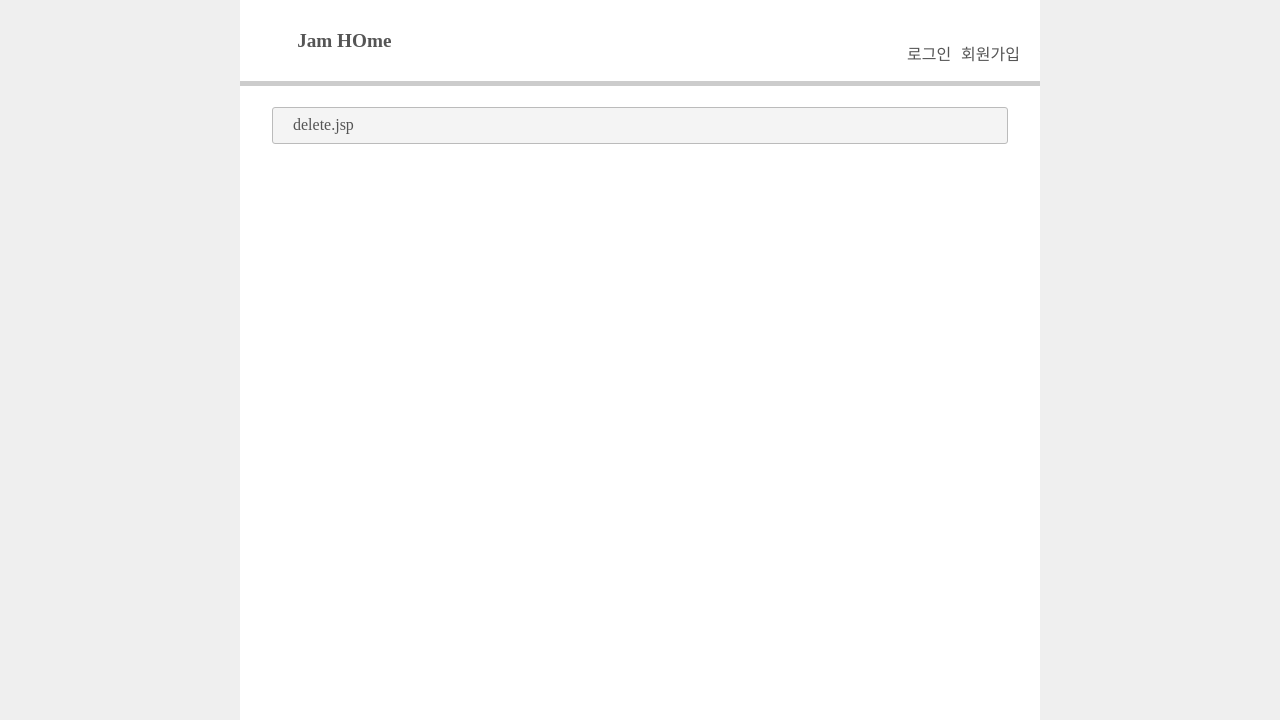
Repository: woals5636/JSPClass
Page: http://localhost/jspPro/days07/board/delete.jsp
An editor plug-in stored every save of this project. The page is shown before and after the next save, followed by the edit.
The browser window is 1280 px wide. The pictures show the whole page.
Some web fonts or font styles are not loaded; a fallback is used. The page is served by Tomcat 9. Other server files are loaded and not shown.

Above is the page before, as saved 2024-10-21 02:34:50.

### jspPro/src/main/webapp/days07/board/delete.jsp
<%@ page contentType="text/html; charset=UTF-8" pageEncoding="UTF-8"%>
<%@ taglib prefix="c" uri="http://java.sun.com/jsp/jstl/core"%>
<%
	String contextPath = request.getContextPath();
%>
<!DOCTYPE html>
<html>
<head>
<meta charset="UTF-8">
<title>Insert title here</title>
<link rel="shortcut icon" type="image/x-icon" href="http://localhost/jspPro/images/SiSt.ico">
<script src="https://ajax.googleapis.com/ajax/libs/jquery/3.7.1/jquery.min.js"></script>
<meta name="viewport" content="width=device-width, initial-scale=1.0">
<meta name="google" content="notranslate">
<link rel="stylesheet" href="http://localhost/jspPro/resources/cdn-main/example.css">
<script src="http://localhost/jspPro/resources/cdn-main/example.js"></script>
<style>
 span.material-symbols-outlined{
    vertical-align: text-bottom;
 }
</style>
</head>
<body>
<header>
  <h1 class="main"><a href="#" style="position: absolute;top:30px;">Jam HOme</a></h1>
  <ul>
    <li><a href="#">로그인</a></li>
    <li><a href="#">회원가입</a></li>
  </ul>
</header>
<div>
	<xmp class="code"> delete.jsp </xmp>

</div>
</body>
</html>

### jspPro/src/main/webapp/resources/cdn-main/example.css
@charset "UTF-8";

@import url('https://fonts.googleapis.com/css2?family=Material+Symbols+Outlined:opsz,wght,FILL,GRAD@20..48,100..700,0..1,-50..200');

@font-face {
    font-family: 'GmarketSansMedium';
    src: url('https://cdn.jsdelivr.net/gh/projectnoonnu/noonfonts_2001@1.1/GmarketSansMedium.woff') format('woff');
    font-weight: normal;
    font-style: normal;
}

:root {
	--text-color: #555;
	--sub-text-color: #777;
	--back-color: #EFEFEF;
	--header-color: #444;
	--primary-color: #DEDEDE;
	--secondary-color: #EFEFEF;
	--default-width: 800px;
	--narrow-width: 500px;
	--wide-width: 1200px;
	--text-font: 'GmarketSansMedium';
	--icon-font: 'Material Symbols Outlined';
	--border-color: #CCC;
}

html, body {
	margin: 0;
	padding: 0;
}

html {
	background-color: var(--back-color);
	display: flex;
	justify-content: center;
	min-height: 100vh;
}

body, body.default {
	width: var(--default-width);
	background-color: white;
	padding-bottom: 120px;
}

body.wide {
	width: var(--wide-width);
}

body.narrow {
	width: var(--narrow-width);
}



body, p, div, span, a, input, select, option, textarea, button, table, th, td, label, fieldset, legend {
	font-family: var(--text-font);
	color: var(--text-color);
}

h1, h2, h3 {
	font-family: var(--text-font);
	color: var(--header-color);
	padding: 0 1rem;
	padding-top: .5rem;
}

div > h1, div > h2, div > h3 {
	padding: 0;
}

body > div, body > main > div {
	padding: 0.3rem 1rem;
}


h1 { font-size: 2rem; border-bottom: 1px solid var(--border-color); }
h1 small { font-size: 1.2rem; color: var(--sub-text-color); }
h2 { font-size: 1.5rem; border-bottom: 1px dashed var(--border-color); }
h2 small { font-size: 1.1rem; color: --sub-text-color; }
h3 { font-size: 1.2rem; }
h3 small { font-size: 1rem; color: --sub-text-color; }



h1.main::before {
	font-family: var(--icon-font);
  	content: '\e666';
  	margin-right: 10px;
  	float: left;
	font-size: 2.5rem;
}

h1.sub::before {
	font-family: var(--icon-font);
  	content: '\ea19';
  	margin-right: 10px;
  	float: left;
	font-size: 2.5rem;
}


h1.page::before {
	font-family: var(--icon-font);
  	content: '\e0e0';
  	margin-right: 10px;
  	float: left;
	font-size: 2.5rem;
}

body > header > ul > li > .active{
	background-color: #FFF;
	color:#F00;
}

body > header {
	display: flex;
	justify-content: space-between;
	border-bottom: 5px solid var(--border-color);
	min-height: 74px;
	background-color: #FFF;
}

body > header.sticky {
	position: sticky;
	top: 0;
	z-index: 98;
}

body > header > h1 {
	font-size: 1.2rem;
	border: 0;
}

body > header.in > h1::before {
	font-family: var(--icon-font);
  	content: '\e332‥';
  	margin-right: 3px;
  	float: left;
	font-size: 2rem;
}


body > header > ul {
	list-style-type: none;
	display: flex;
	align-items: flex-end;
	margin-right: 10px;
}

body > header > ul > li {
	margin-right: 10px;
	cursor: pointer;
}

body > header > ul > li > a {
	cursor: pointer;
}


form {
	display: block;
}

form > div {
	padding: 0.3rem 1rem;
}

div > form > div {
	padding: 0.3rem 0;
}

input, textarea, button, select {
	border: 1px solid #BBB;
	border-radius: 3px;
	outline: none;
	resize: none;
	padding: 7px;
	margin: 0;
}

input[type=text]:read-only, textarea:read-only {
	cursor: not-allowed;
	background-color: #FFF;
}

input[type=text]:disabled, textarea:disabled {
	cursor: not-allowed;
	background-color: #EEE;
}

input[type=text], input[type=password], textarea, button, select {
	/* width: 300px; */
}

textarea {
	display: block;
	height: 100px;
}

input[type=button], input[type=submit], button {
	/* width: inherit; */
}

input.short, textarea.short, button.short, select.short {
	width: 100px;
}

input.long, textarea.long, button.long, select.long {
	width: 350px;
}

.narrow input.long, .narrow textarea.long, .narrow button.long, .narrow select.long {
	width: calc(100% - 20px);
}

input.full, textarea.full, button.full, select.full {
	width: calc(100% - 20px);
}

textarea.short {
	height: 50px;
}

textarea.long {
	height: 100px;
}

textarea.full {
	height: 200px;
}

input, textarea {
	padding-top: 8px;
}

input[type=button], input[type=submit], button {
	padding: 5px 10px;
	background-color: var(--secondary-color);
	cursor: pointer;
	min-height: 36px;
}

input[type=button].primary, input[type=submit].primary, button.primary {
	/* background-color: rgba(100, 149, 237, .2); */
	background-color: var(--primary-color);
}

input[type=button].primary:hover, input[type=submit].primary:hover, button.primary:hover {
	/* background-color: rgba(100, 149, 237, .3); */
	background-color: var(--secondary-color);
}

input[type=button]:hover, input[type=submit]:hover, button:hover {
	background-color: var(--primary-color);
}

button {
	position: relative;
	left: 0;
	top: 0;
	padding-left: 35px;
}

button .material-symbols-outlined {
	position: absolute;
	left: 10px;
	top: 4px;
}

/* k2nik add */
button.login::before {
	font-family: var(--icon-font);
  	content: '\ea77';
	position: absolute;
	left: 11px;
	top: 4px;
	font-size: 1.25rem;
}

/* k2nik logout */
button.logout::before {
	font-family: var(--icon-font);
  	content: '\e9ba';
	position: absolute;
	left: 11px;
	top: 4px;
	font-size: 1.25rem;
}

/* k2nik help */
button.help::before {
	font-family: var(--icon-font);
  	content: '\f1c0';
	position: absolute;
	left: 11px;
	top: 4px;
	font-size: 1.25rem;
}

button.add::before{
	font-family: var(--icon-font);
  	content: '\e746';
	position: absolute;
	left: 11px;
	top: 4px;
	font-size: 1.25rem;
}

button.back::before {
	font-family: var(--icon-font);
  	content: '\e166';
	position: absolute;
	left: 11px;
	top: 4px;
	font-size: 1.25rem;
}

button.list::before {
	font-family: var(--icon-font);
  	content: '\e0ee';
	position: absolute;
	left: 11px;
	top: 4px;
	font-size: 1.25rem;
}


button.del::before {
	font-family: var(--icon-font);
  	content: '\e872';
	position: absolute;
	left: 11px;
	top: 4px;
	font-size: 1.25rem;
}


button.edit::before {
	font-family: var(--icon-font);
  	content: '\e745';
	position: absolute;
	left: 11px;
	top: 4px;
	font-size: 1.25rem;
}


button.login::before {
	font-family: var(--icon-font);
  	content: '\ea77';
	position: absolute;
	left: 11px;
	top: 4px;
	font-size: 1.25rem;
}


button.logout::before {
	font-family: var(--icon-font);
  	content: '\e9ba';
	position: absolute;
	left: 11px;
	top: 4px;
	font-size: 1.25rem;
}


button.in::before {
	font-family: var(--icon-font);
  	content: '\f71a';
	position: absolute;
	left: 11px;
	top: 4px;
	font-size: 1.25rem;
}


button.out::before {
	font-family: var(--icon-font);
  	content: '\f70e';
	position: absolute;
	left: 11px;
	top: 4px;
	font-size: 1.25rem;
}


button.reply::before {
	font-family: var(--icon-font);
  	content: '\e15e';
	position: absolute;
	left: 11px;
	top: 4px;
	font-size: 1.25rem;
}


button.comment::before {
	font-family: var(--icon-font);
  	content: '\e0b9';
	position: absolute;
	left: 11px;
	top: 4px;
	font-size: 1.25rem;
}


button.modal::before {
	font-family: var(--icon-font);
  	content: '\e89e';
	position: absolute;
	left: 11px;
	top: 4px;
	font-size: 1.25rem;
}


button.ok::before {
	font-family: var(--icon-font);
  	content: '\e86c';
	position: absolute;
	left: 11px;
	top: 4px;
	font-size: 1.25rem;
}


button.cancel::before {
	font-family: var(--icon-font);
  	content: '\e5c9';
	position: absolute;
	left: 11px;
	top: 4px;
	font-size: 1.25rem;
}

button.search::before {
	font-family: var(--icon-font);
  	content: '\e8b6';
	position: absolute;
	left: 11px;
	top: 4px;
	font-size: 1.25rem;
}

button.home::before {
	font-family: var(--icon-font);
  	content: '\e88a';
	position: absolute;
	left: 11px;
	top: 4px;
	font-size: 1.25rem;
}


button.sidebar::before {
	font-family: var(--icon-font);
  	content: '\f7e4';
	position: absolute;
	left: 11px;
	top: 4px;
	font-size: 1.25rem;
}


button.sidebar-right::before {
	font-family: var(--icon-font);
  	content: '\f7e5';
	position: absolute;
	left: 11px;
	top: 4px;
	font-size: 1.25rem;
}




button::before {
	font-family: var(--icon-font);
  	content: '\e323';
	position: absolute;
	left: 11px;
	top: 4px;
	font-size: 1.25rem;
}


table {
	border-collapse: collapse;
	margin: 1rem;
	box-sizing: border-box;
	width: calc(100% - 32px);
}

table.content {
	width: auto;
}

div > table {
	margin: 0;
}

table th, table td {
	border: 1px solid var(--border-color);
	padding: 7px;
	font-weight: normal;
}

table th {
	background-color: var(--back-color);
}

table.vertical th {
	width: 150px;
}

table.vertical td {
	width: calc(100% - 182px);
	padding-left: 10px;
}

table.content td, table.content th {
	width: auto;
}

body.narrow table.vertical th {
	width: 100px;
}

body.narrow table.vertical td {
	width: calc(100% - 182px);
}


table + table {
	margin-top: 30px;
}


p {
	padding: 0 1rem;
}

a {
	text-decoration: none;
}

a:hover {
	color: rgba(255, 99, 71, .7);
}

hr {
	border: 0;
	border-top: 1px solid var(--border-color);
	margin: 2rem 0;
}

.message {
	border: 1px solid var(--border-color);
	background-color: #EFEFEF;
	margin: 1rem;
	width: auto;
	padding-top: 10px;
	padding-bottom: 10px;
	font-size: 14px;
}

.message[title]::before {
	content: attr(title);
	display: block;
	border-bottom: 1px solid var(--border-color);
	padding-bottom: 5px;
	margin-bottom: 10px;
	margin-top: 7px;
}

.message.short {
	max-width: 250px;
}

.message.long {
	max-width: 500px;
}

.badge {
	float: right;
	font-size: .8rem;
	margin-top: 2px;
	margin-right: 2px;
	text-shadow: 0 0 7px gray;
}

.badge.left {
	float: none;
	margin-left: 2px;
}

.badge.right {
	float: right;
}

.badge.red {
	border-radius: 50%;
	padding: 2px 5px;
	background-color: rgb(255, 99, 71, .3);
}

.badge.yellow {

	border-radius: 50%;
	padding: 2px 5px;
	background-color: rgb(255, 215, 0, .5);
}

.badge.blue {
	border-radius: 50%;
	padding: 2px 5px;
	background-color: rgb(100, 149, 237, .3);
}

label + label {
	margin-left: 7px;
}

label input[type=checkbox], label input[type=radio] {
	transform: translate(0, 1px);
}

.group {
	display: flex;
}

.modal-content .group {
	margin-bottom: .5rem;
}

.group label {
	border: 1px solid #BBB;
	border-radius: 3px;
	outline: none;
	resize: none;
	padding: 7px 14px;
	margin: 0;
	border-top-right-radius: 0;
	border-bottom-right-radius: 0;
	background-color: #EFEFEF;
	white-space: nowrap;
	font-size: 14px;
}

.group input[type=text] {
	margin-left: -1px;
	border-top-left-radius: 0;
	border-bottom-left-radius: 0;
}

.group select {
	margin-left: -1px;
	border-top-left-radius: 0;
	border-bottom-left-radius: 0;
}

.group input.full[type=text] {
	margin-left: -1px;
	border-top-left-radius: 0;
	border-bottom-left-radius: 0;
	width: 100%;
}

.group input[type=button]:first-child, .group button:first-child {
	border-top-left-radius: 3px;
	border-bottom-left-radius: 3px;
	margin-left: 0px;
}

.group input[type=button], .group button {
	border-radius: 0;
	margin-left: -1px;
}

.group input[type=button]:last-child, .group button:last-child {
	margin-left: -1px;
	border-top-right-radius: 3px;
	border-bottom-right-radius: 3px;
}

.seperate {
	display: flex;
	justify-content: space-between;
}

div.list {
	width: max-content;
	margin: 1rem;
	border: 1px solid #BBB;
	border-radius: 3px;
	padding: 0;
}

div.list.full {
	width: auto;
	display: block;
	margin: 1rem;
	border: 1px solid #BBB;
	border-radius: 3px;
	padding: 0;
}

div.list > div {
	padding: .5rem 1rem;
	margin: 0;
	border-bottom: 1px solid #BBB;
}

div.list > div:last-child {
	border-bottom: 0;
}

pre.code , xmp.code{
	font-family: consols;
	background-color: rgba(150, 150, 150, .1);
	border: 1px solid #BBB;
	border-radius: 3px;
	padding: .5rem 1rem;
	padding-bottom: .6rem;
	margin: 1rem;
}




*[data-modal-window] {
	position: fixed;
	background-color: rgba(0, 0, 0, .3);
	left: 0;
	top: 0;
	display: none;
	justify-content: center;
	align-items: flex-start;
	width: 100%;
	min-height: 100vh;
	z-index: 100;
	opacity: 0;
	transition: 500ms all;
}

*[data-modal-window] .modal-container {
	border-radius: 5px;
	padding: 1rem;
	padding-bottom: .5rem;
	margin-top: -500px;
	opacity: 0;
	width: 500px;
	background-color: #FFF;
	margin-right: 2rem;
	transition: 500ms all;
}

*[data-modal-size=content] .modal-container {
	width: auto;
}

*[data-modal-size=narrow] .modal-container {
	width: 300px;
}

*[data-modal-size=wide] .modal-container {
	width: 760px;
}


*[data-modal-window] .modal-header {
	border-bottom: 1px solid var(--border-color);
	padding: 2px 5px;
}

*[data-modal-window] .modal-content {
	padding: 1rem 5px;
}

*[data-modal-window] .modal-content div:last-child {
	margin-top: 1rem;
	text-align: right;
}



*[data-sidebar-window] {
	position: fixed;
	background-color: #FFF;
	left: 0;
	top: 0;
	display: block;
	width: 300px;
	border-right: 1px solid var(--border-color);
	box-sizing: border-box;
	box-shadow: 0 0 3px var(--back-color);
	min-height: 100vh;
	z-index: 99;
	transform: translate(-300px, 0);
	transition-duration: 500ms;
	transition-property: transform;
}

*[data-sidebar-direction=right] {
	left: auto;
	right: 0;
	transform: translate(300px, 0);
	border-left: 1px solid var(--border-color);
}

*[data-sidebar-size=wide] {
	width: 500px;
	transform: translate(-500px, 0);
}

*[data-sidebar-window] .sidebar-title {
	border-bottom: 1px solid var(--border-color);
	margin-top: 20px;
	margin-bottom: 20px;
	padding-bottom: 5px;
	display: flex;
	justify-content: space-between;
}

*[data-sidebar-window] .sidebar-title span:last-child {
	cursor: pointer;
}


/* K2Nik pagination */
.center {
  text-align: center;
}

.pagination {
  display: inline-block;
}

.pagination a {
  color: black;
  float: left;
  padding: 3px 6px;
  text-decoration: none;
  transition: background-color .3s;
  border: 1px solid #ddd;
  margin: 0 3px;
}

.pagination a.active {
  background-color: #4CAF50;
  color: white;
  border: 1px solid #4CAF50;
}

.pagination a:hover:not(.active) {background-color: #ddd;}

### jspPro/src/main/webapp/resources/cdn-main/example.js

window.onload = () => {

    const list = document.querySelectorAll('input, textarea');

    list.forEach(item => {
        item.setAttribute('autocomplete', 'off');
    });


    const modal_btn_list = document.querySelectorAll('*[data-modal-button]');

    modal_btn_list.forEach(item => {
        item.onclick = function() {

            const name = this.dataset['modalButton'];
            const modal_window = document.querySelector('*[data-modal-window=' + name);

            const container = document.createElement('div');
            container.className = 'modal-container';



            const modal_header = document.createElement('div');
            modal_header.textContent = modal_window.dataset['modalTitle'];
            modal_header.className = 'modal-header';
            container.appendChild(modal_header);

            const modal_content = document.createElement('div');
            modal_content.className = 'modal-content';
            container.appendChild(modal_content);

            Array.from(modal_window.childNodes).forEach(item => {
                modal_content.appendChild(item);
            });

            modal_window.appendChild(container);

            modal_window.style.display = 'flex';

            setTimeout(() => {
                modal_window.style.opacity = 1;
                container.style.marginTop = '20px';
                container.style.opacity = 1;
            }, 50);


            const modal_ok = document.querySelector('*[data-modal-ok=' + name);
            modal_ok.addEventListener('click', function() {
                modal_window.style.opacity = 0;
                container.style.marginTop = '-500px';
                container.style.opacity = 0;

                setTimeout(() => {
                    modal_window.innerHTML = modal_content.innerHTML;
                    modal_window.style.display = 'none';
                }, 500);

            });

            const modal_cancel = document.querySelector('*[data-modal-cancel=' + name);
            modal_cancel.addEventListener('click', function() {

                modal_window.style.opacity = 0;
                container.style.marginTop = '-500px';
                container.style.opacity = 0;

                setTimeout(() => {
                    modal_window.innerHTML = modal_content.innerHTML;
                    modal_window.style.display = 'none';
                }, 500);
            });


        };
    });


    const sidebar_btn_list = document.querySelectorAll('*[data-sidebar-button]');

    sidebar_btn_list.forEach(item => {
        item.onclick = function() {



            const name = this.dataset['sidebarButton'];
            const sidebar_window = document.querySelector('*[data-sidebar-window=' + name);

            if (sidebar_window.style.transform == 'translate(0px, 0px)') return;



            sidebar_window.style.transform = 'translate(0, 0)';

            const sidebar_title = document.createElement('div');
            sidebar_title.className = 'sidebar-title';
            sidebar_title.innerHTML = '<span>' + sidebar_window.dataset['sidebarTitle'] + '</span><span class="material-symbols-outlined">close</span>';

            sidebar_title.children[1].onclick = function() {

                let sign = 1;
                let distance = 300;

                if (sidebar_window.dataset['sidebarDirection'] != 'right') {
                    sign = -1;
                } else {
                    sign = 1;
                }

                if (sidebar_window.dataset['sidebarSize'] != 'wide') {
                    distance = 300;
                } else {
                    distance = 500;
                }

                distance *= sign;

                sidebar_window.style.transform = 'translate(' + distance + 'px, 0)';

                setTimeout(function() {
                    sidebar_window.removeChild(sidebar_window.children[0]);
                }, 500);
            };


            sidebar_window.prepend(sidebar_title);

        }
    });

};

// window.onkeydown = function(event) {

//     if (event.keyCode == 27) {
//         if (document.querySelector('[data-modal-window').style.display == 'flex') {
//             document.querySelector('[data-modal-window').style.display = 'none';
//         }
//     }

// };

After the next save:
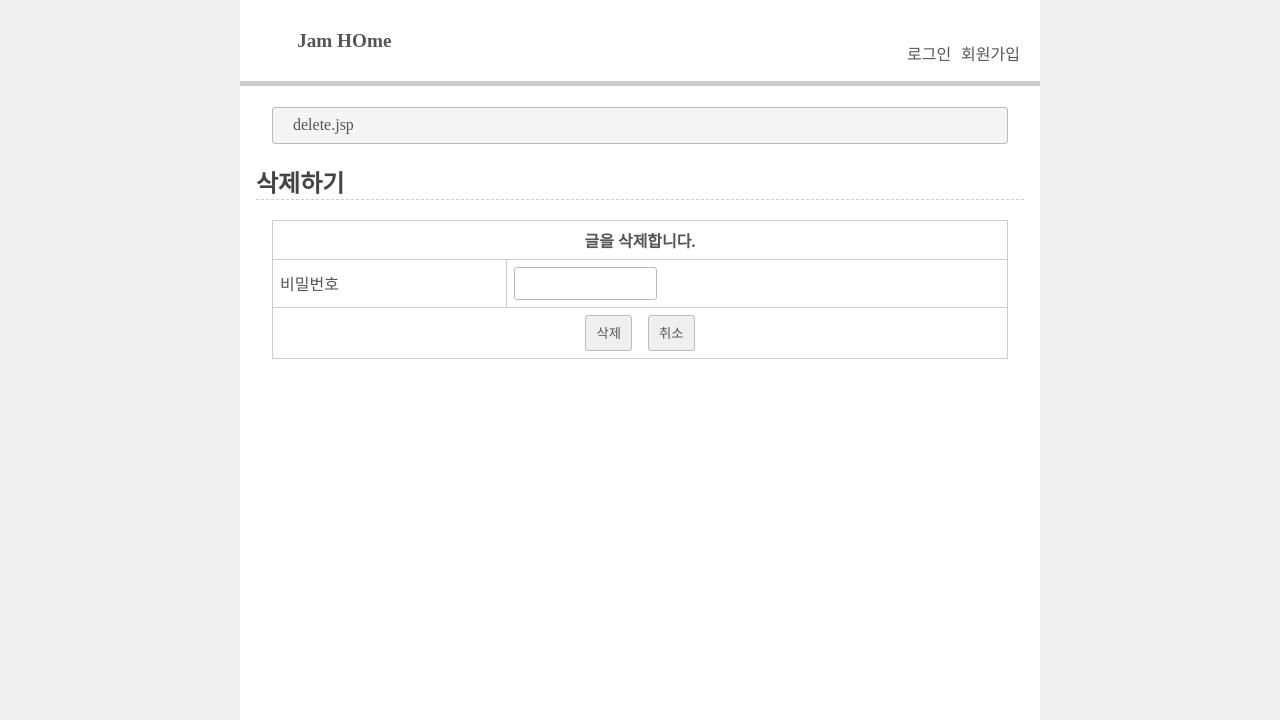
Saved 118 s later.
--- a/jspPro/src/main/webapp/days07/board/delete.jsp
+++ b/jspPro/src/main/webapp/days07/board/delete.jsp
@@ -31,6 +31,30 @@
 <div>
 	<xmp class="code"> delete.jsp </xmp>
 
+
+	<h2>삭제하기</h2>
+  <form method="post">
+    <table>
+      <tr>
+        <td colspan="2" align="center">
+          <b>글을 삭제합니다.</b>
+        </td>
+      </tr>
+      <tr>
+        <td>비밀번호</td>
+        <td>
+         <input type="password" name="pwd" size="15" autofocus="autofocus">
+        </td>
+      </tr>
+      <tr>
+        <td colspan="2" align="center">
+          <input type="submit" value="삭제">
+          &nbsp;&nbsp;
+          <input type="button" value="취소" id="cancel">
+        </td>
+      </tr>
+    </table>
+  </form>
 </div>
 </body>
 </html>
